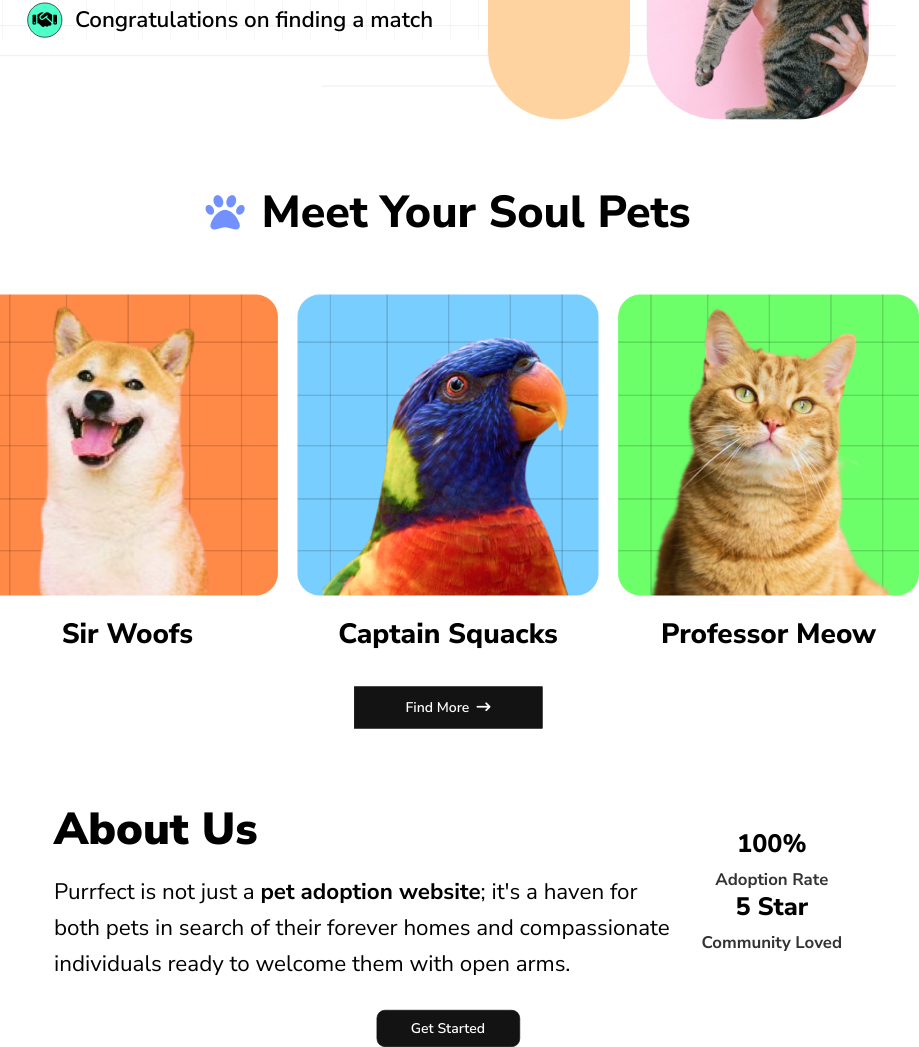
Repository: prashidika/purrfect-pet-adoption
Page: index.html
An editor plug-in stored every save of this project. The page is shown before and after the next save, followed by the edit.
The browser window is 1280 px wide. The page is 1313 px wide, so the pictures cover 1313 px, including what lies to the right of the window. The pictures show the part of the page from y = 1664 to 3544 px (the page is 3160 px tall before and 3544 px after), at 70% of full size.
Some web libraries are served in a nearby version.

Above is the page before, as saved 2025-08-25 15:24:12.

### index.html
<!DOCTYPE html>
<html lang="en">

<head>
    <meta charset="UTF-8" />
    <!-- Use for responsiveness -->
    <meta name="viewport" content="width=device-width, initial-scale=1.0" />
    <!-- link To CSS -->
    <link rel="stylesheet" href="style.css" />
    <!-- link To JS -->
    <script src="index.js" defer></script>
    <!-- For Scroll Reveal -->
    <script src="https://unpkg.com/scrollreveal"></script>
    <!-- For Icons -->
    <link rel="stylesheet" href="https://cdnjs.cloudflare.com/ajax/libs/font-awesome/6.5.2/css/all.min.css"
        integrity="sha512-SnH5WK+bZxgPHs44uWIX+LLJAJ9/2PkPKZ5QiAj6Ta86w+fsb2TkcmfRyVX3pBnMFcV7oQPJkl9QevSCWr3W6A=="
        crossorigin="anonymous" referrerpolicy="no-referrer" />
    <!-- Link For Gsap -->
    <script src="https://cdnjs.cloudflare.com/ajax/libs/gsap/3.12.5/gsap.min.js"
        integrity="sha512-7eHRwcbYkK4d9g/6tD/mhkf++eoTHwpNM9woBxtPUBWm67zeAfFC+HrdoE2GanKeocly/VxeLvIqwvCdk7qScg=="
        crossorigin="anonymous" referrerpolicy="no-referrer"></script>
    <!-- Link For Gsap - Scroll Trigger -->
    <script src="https://cdnjs.cloudflare.com/ajax/libs/gsap/3.12.5/ScrollTrigger.min.js"
        integrity="sha512-onMTRKJBKz8M1TnqqDuGBlowlH0ohFzMXYRNebz+yOcc5TQr/zAKsthzhuv0hiyUKEiQEQXEynnXCvNTOk50dg=="
        crossorigin="anonymous" referrerpolicy="no-referrer"></script>
    <!-- Link For Lenis - Smooth Scrolling -->
    <script src="https://unpkg.com/@studio-freight/lenis@1.0.42/dist/lenis.min.js"></script>
    <!-- Link For Split Type -->
    <script src="https://cdn.jsdelivr.net/npm/split-type@0.3.4/umd/index.min.js"></script>

    <title>Purrfect | Pet Adoption</title>
</head>

<body></body>

</html>

<!-- Navbar -->
<nav>
    <a href="index.html" class="brand">
        <h1>Purr<b class="accent">fect</b></h1>
    </a>

    <div class="menu">
        <div class="btn">
            <i class="fas fa-times close-btn" aria-label="Close menu"></i>
        </div>
        <a href="index.html">Home</a>
        <a href="index.html#pets">Pets</a>
        <a href="index.html#requirements">Requirements</a>
        <a href="index.html#about">About</a>
        <a href="index.html#stories">Stories</a>
    </div>

    <button class="btn-2" onclick="window.location.href='contact.html'">
        <p>Contact Us</p>
        <i class="fa-solid fa-circle-arrow-right"></i>
    </button>

    <div class="btn">
        <i class="fas fa-bars menu-btn" aria-label="Open menu"></i>
    </div>
</nav>
<!-- Navbar End ---->

<!-- Hero Page Section -->
<section class="heropage">
    <div class="hero-headlines">
        <h1>Find Your Purrfect Pet Soul Today!</h1>
        <p>
            Discover Your Perfect Companion in Our Selection of Loving Pets
            Available for Adoption.

        </p>
        <div class="hero-headlines-buttons">
            <button class="btn-3">Our Pets</button>
            <button class="btn-3 btn-transparent">Contact Us</button>
        </div>
    </div>
    <div class="hero-images">
        <img src="img/hero-img-1.png" alt="img" />
        <img src="img/hero-img-2.png" alt="img" />
        <img src="img/hero-img-3.png" alt="img" />
    </div>
</section>

<!-- Hero Page Section End -->

<!-- Requirement Section -->

<section class="requirements" id="requirements">
    <div class="requirements-headlines">
        <p>Our process is simple and filled with joy every step of the way</p>

        <div class="r-item-container">
            <!-- r item 1 -->
            <div class="r-item">
                <div class="r-logo" style="background-color: #b9ff46">
                    <i class="fa-regular fa-newspaper"></i>
                </div>
                <h5>Submitting an application</h5>
            </div>
            <!-- r item 2 -->
            <div class="r-item">
                <div class="r-logo" style="background-color: #fff846">
                    <i class="fa-solid fa-phone"></i>
                </div>
                <h5>Attending a online interview</h5>
            </div>

            <!-- r item 3 -->
            <div class="r-item">
                <div class="r-logo" style="background-color: #ff8846">
                    <i class="fa-solid fa-paw"></i>
                </div>
                <h5>Meeting the pet in person</h5>
            </div>

            <!-- r item 4 -->
            <div class="r-item">
                <div class="r-logo" style="background-color: #46c7ff">
                    <i class="fa-regular fa-file-zipper"></i>
                </div>
                <h5>Signing an adoption agreement</h5>
            </div>

            <!-- r item 5 -->
            <div class="r-item">
                <div class="r-logo" style="background-color: #4fffca">
                    <i class="fa-solid fa-handshake"></i>
                </div>
                <h5>Congratulations on finding a match</h5>
            </div>
        </div>
    </div>
    <img src="img/requirements-img.png" alt="img" />
</section>
<!-- Requirement Section End -->


<!-- Pets Section -->
<!-- Pets Section -->
<section class="pets" id="pets">
    <div class="pets-headlines">
        <i class="fa-solid fa-paw"></i>
        <h1>Meet Your Soul Pets</h1>
    </div>

    <div class="pets-collection">
        <div class="pet-item">
            <img src="img/pet-item-1.png" alt="Sir Woofs" />
            <h3>Sir Woofs</h3>
        </div>
        <div class="pet-item">
            <img src="img/pet-item-2.png" alt="Sir Woofs" />
            <h3>Captain Squacks</h3>
        </div>
        <div class="pet-item">
            <img src="img/pet-item-3.png" alt="Sir Woofs" />
            <h3>Professor Meow</h3>
        </div>
    </div>
    </div>

    <button class="btn-3 btn-pets">
        <p>Find More</p>
        <i class="fa-solid fa-arrow-right-long"></i>
    </button>
</section>
</section>
<!-- Pets Section End -->

<!-- About Section -->


<div class="about" id="about">
    <div class="about-headlines">
        <h1>About Us</h1>
        <p class="reveal-type" data-bg-color="#cccccc" data-fg-color="black">
            Purrfect is not just a <b>pet adoption website</b>; it's a haven for both
            pets in search of their forever homes and compassionate individuals ready
            to welcome them with open arms.
        </p>
    </div>

    <div class="about-info-divider">
        <div class="about-info-item">
            <h5>100%</h5>
            <h6>Adoption Rate</h6>
        </div>
        <div class="about-info-divider">
            <div class="about-info-item">
                <h5>5 Star</h5>
                <h6>Community Loved</h6>
            </div>
        </div>
    </div>
    <button class="btn-3">Get Started</button>

</div>
<!-- About Section End -->



</body>

</html>

### style.css
@import url("https://fonts.googleapis.com/css2?family=Nunito+Sans:ital,opsz,wght@0,6..12,200..1000;1,6..12,200..1000&display=swap");

* {
    margin: 0;
    padding: 0;
    box-sizing: border-box;
    font-family: "Nunito Sans", sans-serif;
}

:root {
    --accent: #ff9a24;
    --black: #131313;
}

body {
    min-height: 100vh;
}

section {
    min-width: 100%;
    min-height: 100vh;
    background-repeat: no-repeat;
    background-position: center;
    background-size: cover;
}

/* Navbar Section */
nav {
    z-index: 999;
    position: fixed;
    top: 0;
    left: 0;
    width: 100%;
    /* Added % */
    display: flex;
    justify-content: space-between;
    align-items: center;
    /* Fixed typo: 'centre' → 'center' */
    color: var(--black);
    background-color: white;
    padding: 30px 50px;
    transition: all 0.4s ease-out;
    filter: drop-shadow(5px 5px 10px transparent);
}

nav.sticky {
    background-color: white;
    filter: drop-shadow(5px 5px 10px #ffbe745e);
}

.brand {
    text-decoration: none;
    transition: all ease-in-out 0.3s;
    color: var(--black);
}

.brand h1 {
    font-size: 32px;
    font-weight: 900;
}

.accent {
    color: var(--accent);
}

.brand:hover {
    /* Fixed typo: 'brand.hover' → 'brand:hover' */
    opacity: 0.8;
}

.menu {
    display: flex;
    justify-content: center;
    /* Fixed typo: 'centre' → 'center' */
    align-items: center;
    gap: 42px;
}

.menu a {
    display: inline-block;
    position: relative;
    color: var(--black);
    text-decoration: none;
    font-size: 24px;
    font-weight: 400;
    border-radius: 32px;
    background-color: white;
    padding: 10px;
    transition: all 0.2s ease-out;
}

.menu a:hover {
    background-color: var(--accent);
    color: white;
}

.btn {
    color: white;
    font-size: 25px;
    cursor: pointer;
    display: none;
}

.btn-2 {
    display: flex;
    align-items: center;
    /* Fixed typo: 'centre' → 'center' */
    gap: 14px;
    font-size: 24px;
    font-weight: 500;
    color: var(--black);
    transition: all ease-in-out 0.2s;
    background-color: transparent;
    border: none;
    cursor: pointer;
}

.btn-2 i {
    font-size: 32px;
    transition: all 0.2s ease-out;
}

/* Fixed typo: '.btn2:hover i' → '.btn-2:hover i' */
.btn-2:hover i {
    color: var(--accent);
}

.btn-2:hover {
    gap: 10px;
}

/* ----------------- Hero Section ----------------- */
.heropage {
    margin-top: 150px;
    display: flex;
    flex-direction: column;
    align-items: center;
    background-image: url("img/hero-background-image.png");
    background-size: cover;
    background-position: center;
    padding: 100px 20px;
}

.hero-headlines {
    display: flex;
    flex-direction: column;
    align-items: center;
    width: 750px;
    text-align: center;
}

.hero-headlines h1 {
    font-size: 64px;
    font-weight: 900;
    margin-bottom: 20px;
    color: var(--black);
}

.hero-headlines p {
    font-size: 24px;
    font-weight: 600;
    margin-bottom: 40px;
    color: var(--black);
}

/* Hero Buttons */
.hero-headlines-buttons {
    display: flex;
    gap: 20px;
    flex-wrap: wrap;
}

.btn-3 {
    width: 205px;
    height: 53px;
    background-color: var(--black);
    font-size: 20px;
    font-weight: 600;
    color: white;
    border-radius: 12px;
    border: 1px solid var(--black);
    cursor: pointer;
    transition: all 0.2s ease-out;
}

.btn-3:hover {
    background-color: var(--accent);
    border-color: var(--accent);
}

/* Transparent Button */
.btn-transparent {
    background-color: transparent;
    color: var(--black);
    border: 1px solid var(--black);
}

.btn-transparent:hover {
    background-color: var(--accent);
    color: white;
    border-color: var(--accent);
}

/* Hero Images */
.hero-images {
    display: flex;
    margin-top: 56px;
    gap: 35px;
}

/* Requirements Section */
.requirements {
    margin-top: 50px;
    align-items: center;
    justify-content: center;
    display: flex;
    background-image: url("img/requirements-background-img.png");
}

.requirements-headlines {
    width: 658px;
}

.requirements-headlines h1 {
    font-size: 96px;
    font-weight: 900;
}

.requirements-headlines p {
    font-size: 32px;
    font-weight: 600;
    margin-bottom: 49px;
}

.r-item-container {
    display: flex;
    flex-direction: column;
    gap: 18px;
}

.r-item {
    display: flex;
    align-items: center;
    gap: 18px;
}

.r-logo {
    width: 50px;
    height: 50px;
    border: 1px solid var(--black);
    border-radius: 100%;
    display: flex;
    align-items: center;
    justify-content: center;
}

.r-logo i {
    font-size: 28px;
}

.r-item h5 {
    font-size: 32px;
    font-weight: 600;
}

/* Pets Section */
.pets {
    display: flex;
    flex-direction: column;
    align-items: center;
    margin-top: 74px;
}

.pets-headlines {
    display: flex;
    justify-content: center;
    align-items: center;
    gap: 24px;
}

.pets-headlines i {
    font-size: 56px;
    color: #7291ff;
}

.pets-headlines h1 {
    font-size: 64px;
    font-weight: 800;
}

.pets-collection {
    display: flex;
    gap: 28px;
    margin-top: 74px;
}

.pet-item {
    display: flex;
    flex-direction: column;
    align-items: center;
    gap: 28px;
    transition: 0.5s ease-out;
}

.pet-item h3 {
    font-size: 40px;
    font-weight: 800;
}

.btn-pets {
    width: 269px;
    height: 60px;
    /* added px */
    display: flex;
    align-items: center;
    justify-content: center;
    gap: 10px;
    border-radius: 0px;
    margin-top: 48px;
}

/* About Section */
.about {
    display: flex;
    align-items: center;
    justify-content: center;
    gap: 40px;
    margin-top: 100px;
    padding: 0 50px;
    flex-wrap: wrap;
    /* makes it responsive */
}

.about-headlines {
    display: flex;
    flex-direction: column;
    width: 885px;
}

.about-headlines h1 {
    font-size: 64px;
    font-weight: 900;
    margin-bottom: 20px;
}

.about-headlines p {
    font-size: 32px;
    font-weight: 400;
    line-height: 1.6;
}

.about-info {
    display: flex;
    justify-content: center;
    gap: 76px;
    margin-top: 40px;
    flex-wrap: wrap;
}

.about-info-item {
    display: flex;
    flex-direction: column;
    align-items: center;
}

.about-info-item h5 {
    font-size: 36px;
    font-weight: 800;
    margin-bottom: 10px;
}

.about-info-item h6 {
    font-size: 24px;
    font-weight: 700;
    color: #333;
}

.about-headlines button {
    margin-top: 48px;
    padding: 12px 24px;
    background-color: #7291ff;
    color: white;
    border: none;
    border-radius: 8px;
    font-size: 16px;
    cursor: pointer;
    transition: background 0.3s;
}

.about-headlines button:hover {
    background-color: #5677e6;
}

### index.js
// NAVBAR
const navbar = document.querySelector("nav");

// Scroll effect
window.addEventListener("scroll", () =>
    navbar.classList.toggle("sticky", window.scrollY > 0)
);

// Menu toggle
const menu = document.querySelector(".menu");
const toggleMenu = () => menu.classList.toggle("active");

// Event listeners for open/close menu
document.querySelector(".menu-btn").addEventListener("click", toggleMenu);
document.querySelector(".close-btn").addEventListener("click", toggleMenu);

// Close menu when clicking a link
document
    .querySelectorAll(".menu a")
    .forEach((link) => link.addEventListener("click", toggleMenu));

After the next save:
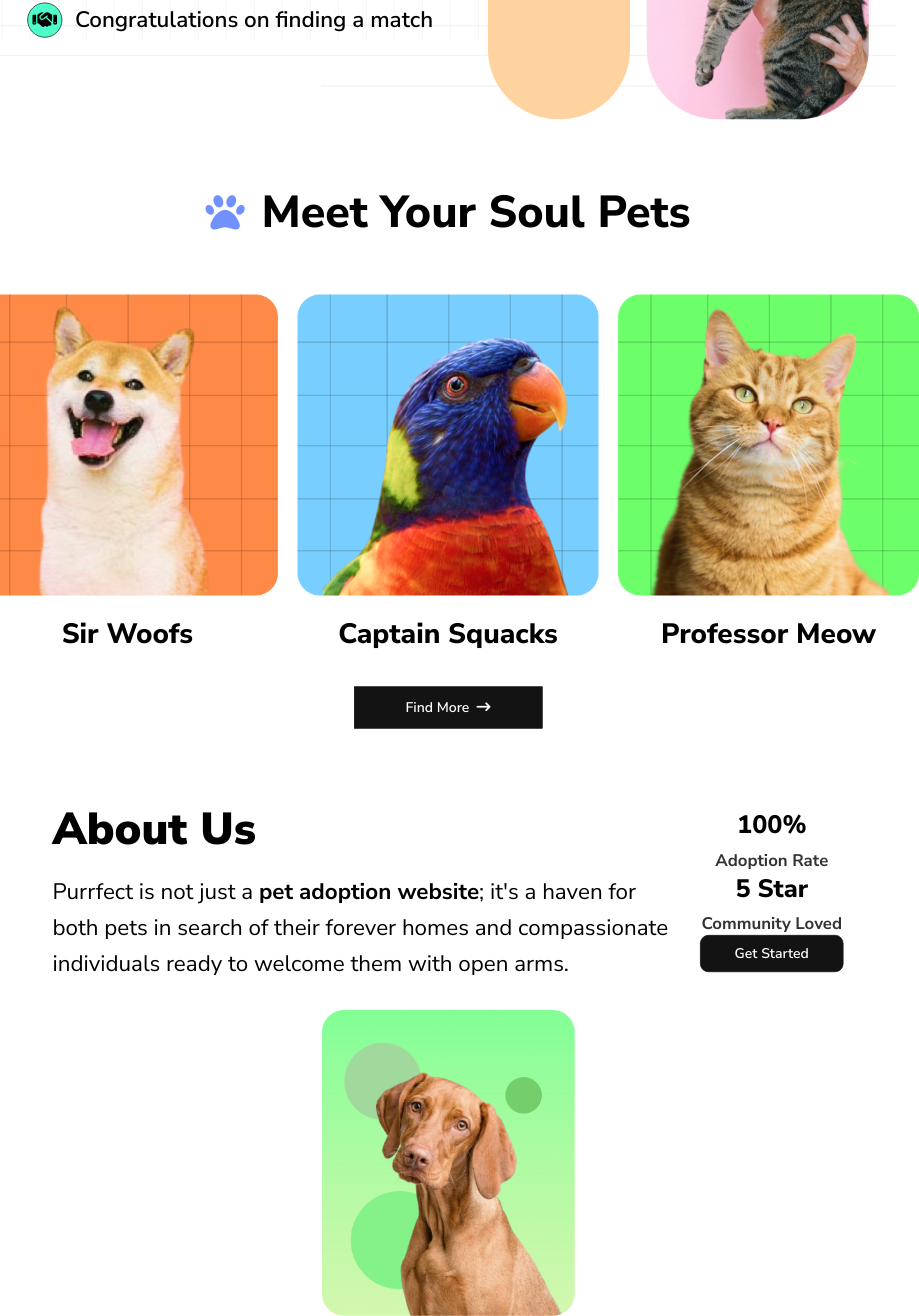
Saved 6 min 23 s later.
--- a/index.html
+++ b/index.html
@@ -194,8 +194,10 @@
                 <h6>Community Loved</h6>
             </div>
         </div>
-    </div>
-    <button class="btn-3">Get Started</button>
+        <button class="btn-3">Get Started</button>
+    </div>
+
+    <img src="img/about-img.png" alt="img" />
 
 </div>
 <!-- About Section End -->
